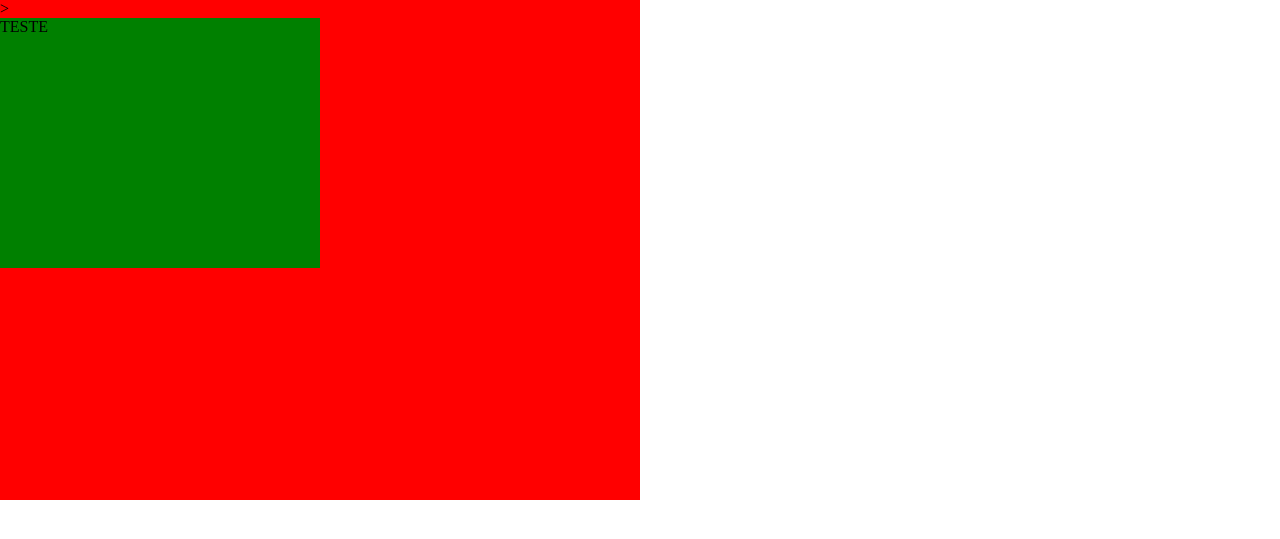
Repository: elourenco001/cursoweb
Page: css/linkcss.html
The author's editor kept a copy of each file at every save. The page is drawn from the files as they stood at one save, then again after the next save.
The browser window is 1280 px wide. The pictures show the whole page.

Above is the page before, as saved 2023-01-26 17:33:34.

After the next save:
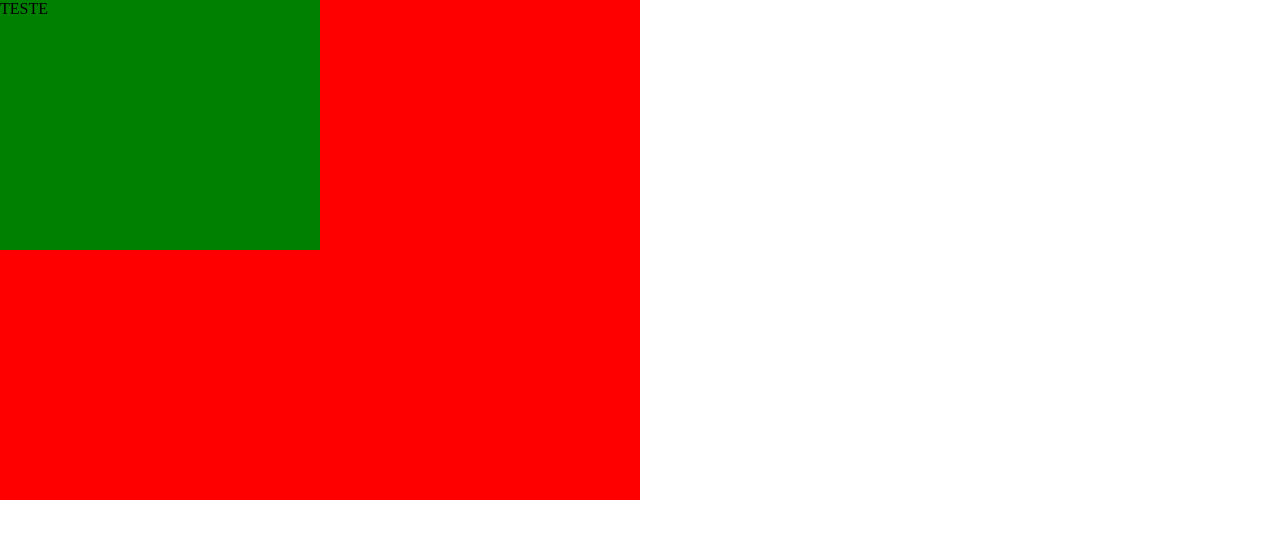
Saved 12 s later.
--- a/css/linkcss.html
+++ b/css/linkcss.html
@@ -9,7 +9,7 @@
     <link rel="stylesheet" href="./styles.css"/>
 </head>
 <body>
-    <div class="pai"> <!--Chamando a classe do CSS-->>
+    <div class="pai"> <!--Chamando a classe do CSS Ex: class="xxxx" -->
         <div class="filho">
             TESTE
         </div>
